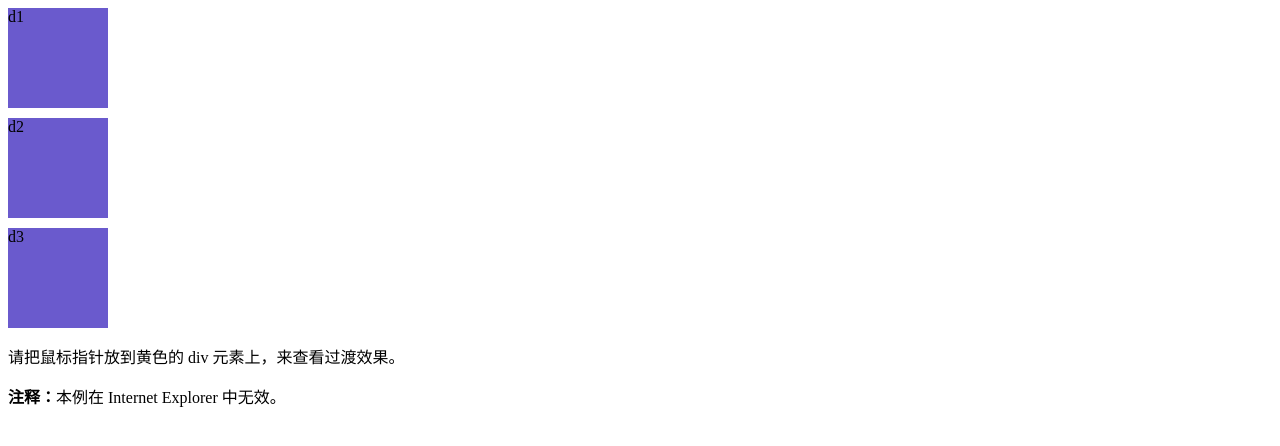
Repository: YukiXueyan/moquWebsite
Page: html/CSS过渡.html
The author's editor kept a copy of each file at every save. The page is drawn from the files as they stood at one save, then again after the next save.
The browser window is 1280 px wide. The pictures show the whole page.
The pointer rests on the first visible `.d1`.

Above is the page before, as saved 2020-07-05 16:45:25.

### html/CSS过渡.html
<!DOCTYPE html>
<html>
<head>
<style>
div
{
width:100px;
height:100px;
background:slateblue;
transition:width 2s;
margin-bottom: 10px;
transition-property:width 1s linear 2s;
<!--延时2s-->
}

.d1:hover
{
widows: 400px;;
}

.d2:hover
{
width:200px;
height:200px;
transform:rotate(180deg);

}
</style>
</head>
<body>

<div class="d1">d1</div>
<div class="d2">d2</div>
<div class="d3">d3</div>
<p>请把鼠标指针放到黄色的 div 元素上，来查看过渡效果。</p>

<p><b>注释：</b>本例在 Internet Explorer 中无效。</p>

</body>
</html>

After the next save:
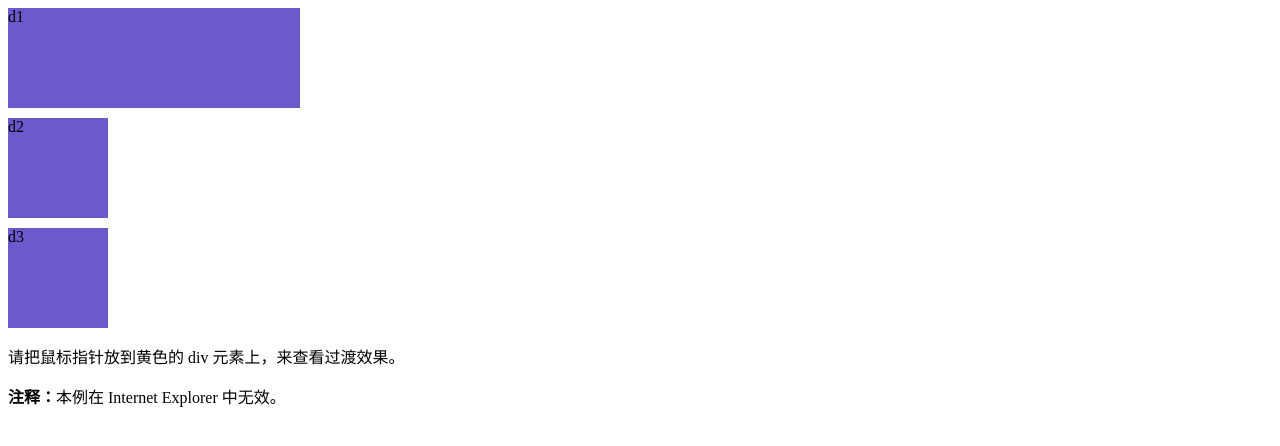
Saved 54 s later.
--- a/html/CSS过渡.html
+++ b/html/CSS过渡.html
@@ -15,7 +15,7 @@ transition-property:width 1s linear 2s;
 
 .d1:hover
 {
-widows: 400px;;
+    width:300px;
 }
 
 .d2:hover
